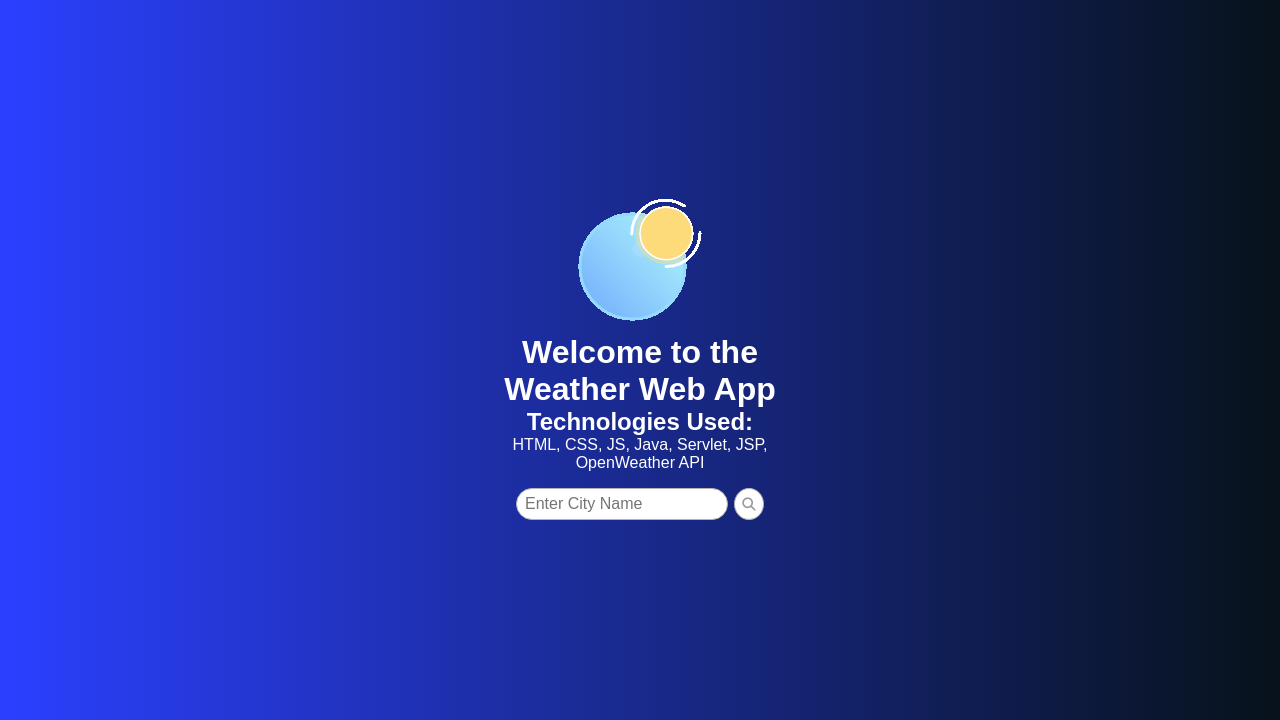
Repository: MinhajulMukthar/Weather-WebApp
Page: http://localhost/Weather_App/
An editor plug-in stored every save of this project. The page is shown before and after the next save, followed by the edit.
The browser window is 1280 px wide. The pictures show the whole page.
The page is served by Tomcat 10. Other server files are loaded and not shown.

Above is the page before, as saved 2024-09-26 02:06:23.

### Weather App/src/main/webapp/index.html
<!DOCTYPE html>
<html>
<head>
<meta charset="UTF-8">
<meta http-equiv="X-UA-Compatible" content="IE=edge">
<meta name="viewport" content="width=device-width, initial-scale=1.0">
<title>Weather App</title>
<link rel="icon" href="images/rain.png" type="image/png">
<link rel="stylesheet"
	href="https://cdnjs.cloudflare.com/ajax/libs/font-awesome/6.4.0/css/all.min.css" />
<link rel="stylesheet" href="style.css" />

</head>
<body>
	<div class="container">
		<img src="images/Animation.gif"
			style="height: 150px; width: auto; /* filter: drop-shadow(10px 10px 10px black) */;">
		<h1>Welcome to the Weather Web App</h1>

		<h2>Technologies Used:</h2>
		<p>HTML, CSS, JS, Java, Servlet, JSP, OpenWeather API</p>
		<form action="ServletWeb" method="post" class="searchInput">
			<input type="text" placeholder="Enter City Name" id="searchInput"
				 name="city" />
			<button id="searchButton">
				<i class="fa-solid fa-magnifying-glass"></i>
			</button>
		</form>
	</div>
</body>
</html>

### Weather App/src/main/webapp/style.css
    * {
  margin: 0;
  padding: 0;
  box-sizing: border-box;
  font-family: "Ubuntu", sans-serif;
}

body {
  display: flex;
  height: 100vh;
  align-items: center;
  justify-content: center;
  background: linear-gradient(to right,  #2b40ff,#07121a);
}

.container{
		 	width: 25%;
        	margin: 0 auto; /* Centers the div horizontally */
			text-align: center;
            padding: 20px; /* Optional padding */
            color: white;
            display: flex;
            flex-direction: column;
            align-items: center;
            justify-content: center;
            height: 150px;

}

.mainContainer {
  width: 25rem;
  height: auto;
  border-radius: 1rem;
  background: #fff;
  box-shadow: 0 14px 28px rgba(0,0,0,0.25),
			0 10px 10px rgba(0,0,0,0.22);
}

.searchInput {
  width: 100%;
  display: flex;
  padding: 1rem 1rem;
  justify-content: center;
}

.searchInput input {
  width: 100%;
  height: 2rem;
  outline: none;
  font-size: 1rem;
  color: #525050;
  padding: 0.2rem 0.5rem;
  border-radius: 1.5rem;
  border: 1px solid #b3b3b3;
}

.searchInput input:focus {
  border: 1px solid #9c9dde;
}

.searchInput button {
  width: 2.2rem;
  height: 2rem;
  cursor: pointer;
  color: #9b9b9b;
  border-radius: 50%;
  margin-left: 0.4rem;
  transition: all 0.3s ease;
  background-color: #fff;
  border: 1px solid #b3b3b3;
}

.searchInput button:hover {
  color: #fff;
  background-color: #9c9dde;
  border: 1px solid #9c9dde;
}

.weatherIcon {
  display: flex;
  padding-top: 0.5rem;
  padding-bottom: 0.5rem;
  justify-content: center;
}

.weatherIcon img {
  max-width: 100%;
  width: 8rem;
}

.weatherDetails .temp{
 font-size: 2rem;
}
.cityDetails {
  color: #323232;
  font-size: 2.5rem;
  text-align: center;
  margin-bottom: 0.5rem;
}

.cityDetails .date {
  color: #323232;
  font-size: 1.5rem;
  text-align: center;
  margin-bottom: 0.5rem;
}

.windDetails {
  display: flex;
  margin-top: 1rem;
  margin-bottom: 1.5rem;
  justify-content: space-around;
}

.windDetails .humidityBox {
  display: flex;
  font-size: 1rem;
  color: #323232;
}

.windDetails .humidity .humidityValue {
 text-align: center;
  font-size: 2rem;
  color: #323232;
}

.windDetails .humidityBox img {
  max-height: 3rem;
  margin-right: 0.5rem;
}

.windDetails .windSpeed {
  display: flex;
  font-size: 1rem;
  color: #323232;
}

.windDetails .windSpeed img {
  max-height: 3rem;
  margin-right: 0.5rem;
}


image-logo{
        height: auto;
        width: auto;
        filter: drop-shadow(20px 10px 10px black);
      }

After the next save:
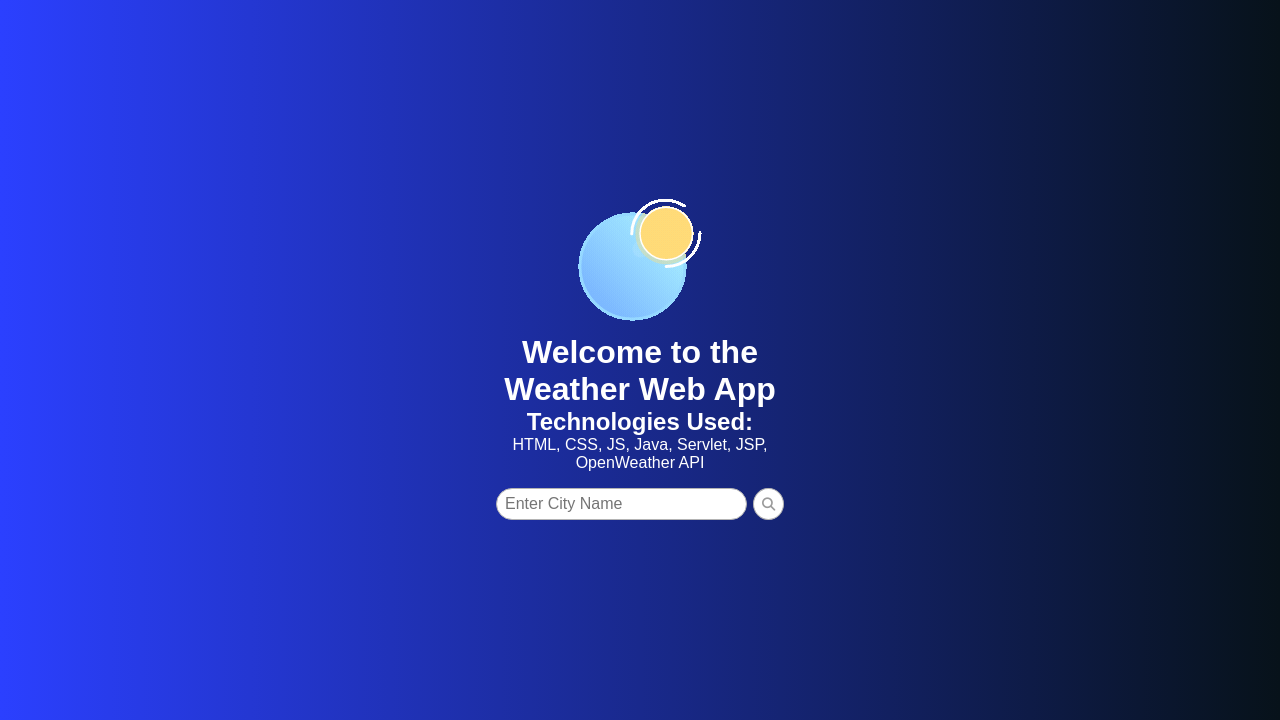
Saved 77 s later.
--- a/Weather App/src/main/webapp/style.css
+++ b/Weather App/src/main/webapp/style.css
@@ -15,15 +15,14 @@
 
 .container{
 		 	width: 25%;
-        	margin: 0 auto; /* Centers the div horizontally */
+        	margin: 0 auto;
 			text-align: center;
-            padding: 20px; /* Optional padding */
             color: white;
             display: flex;
             flex-direction: column;
             align-items: center;
             justify-content: center;
-            height: 150px;
+            height: 100%;
 
 }
 
